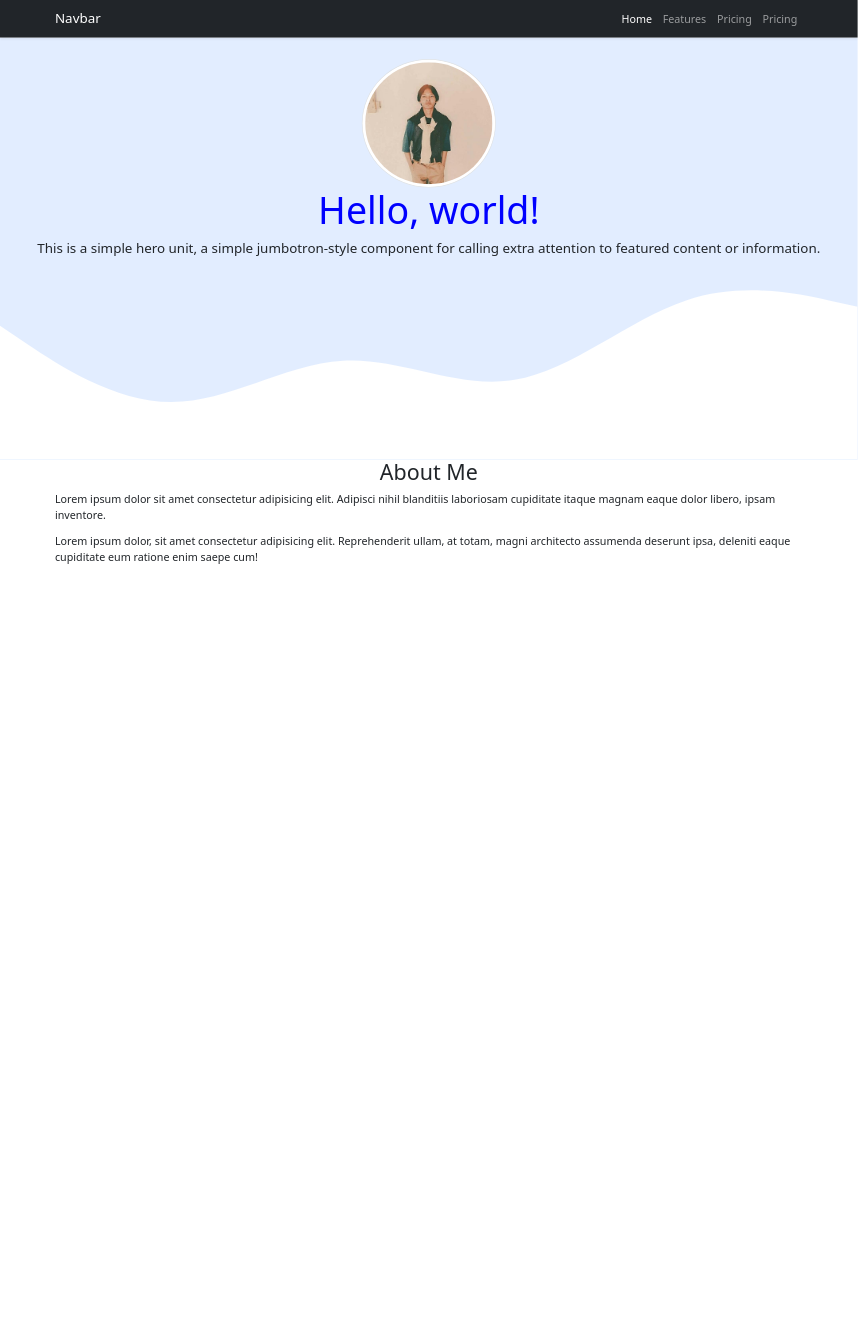
Repository: Novemberdad/gemilangtech.github.io
Page: index.html
These files come from the project's save history. The page is drawn as it stood at one moment and after the next save; the edit follows.
The browser window is 1280 px wide. The pictures show the whole page, at 67% of full size.

Above is the page before, as saved 2021-07-20 23:59:33.

### index.html
<!DOCTYPE html>
<html lang="en">

<head>
    <!-- Required meta tags -->
    <meta charset="utf-8" />
    <meta name="viewport" content="width=device-width, initial-scale=1" />

    <!-- Bootstrap CSS -->
    <link href="https://cdn.jsdelivr.net/npm/bootstrap@5.0.2/dist/css/bootstrap.min.css" rel="stylesheet" integrity="sha384-EVSTQN3/azprG1Anm3QDgpJLIm9Nao0Yz1ztcQTwFspd3yD65VohhpuuCOmLASjC" crossorigin="anonymous" />

    <!--My CSS-->
    <link rel="stylesheet" href="style.css" />
    <title>My Portofoliio</title>
    <style>
        h1 {
            text-align: center;
            color: blue;
        }
    </style>
</head>

<body>
    <!--NAVBAR-->
    <nav class="navbar navbar-expand-lg navbar-dark bg-dark shadow-sm">
        <div class="container">
            <a class="navbar-brand" href="#">Navbar</a>
            <button class="navbar-toggler" type="button" data-bs-toggle="collapse" data-bs-target="#navbarNav" aria-controls="navbarNav" aria-expanded="false" aria-label="Toggle navigation">
          <span class="navbar-toggler-icon"></span>
        </button>
            <div class="collapse navbar-collapse" id="navbarNav">
                <ul class="navbar-nav ms-auto">
                    <li class="nav-item">
                        <a class="nav-link active" aria-current="page" href="#">Home</a>
                    </li>
                    <li class="nav-item">
                        <a class="nav-link" href="#">Features</a>
                    </li>
                    <li class="nav-item">
                        <a class="nav-link" href="#">Pricing</a>
                    </li>
                    <li class="nav-item">
                        <a class="nav-link" href="#">Pricing</a>
                    </li>
                </ul>
            </div>
        </div>
    </nav>
    <!--AKHIR NAVBAR-->

    <!--jumbortron-->
    <section class="jumbotron text-center">
        <img src="image/logo.jpg" alt="logo" width="200" class="rounded-circle img-thumbnail" />
        <h1 class="display-4">Hello, world!</h1>
        <p class="lead">This is a simple hero unit, a simple jumbotron-style component for calling extra attention to featured content or information.</p>
        <svg xmlns="http://www.w3.org/2000/svg" viewBox="0 0 1440 320">
        <path
          fill="#ffffff"
          fill-opacity="1"
          d="M0,96L48,128C96,160,192,224,288,224C384,224,480,160,576,154.7C672,149,768,203,864,186.7C960,171,1056,85,1152,53.3C1248,21,1344,43,1392,53.3L1440,64L1440,320L1392,320C1344,320,1248,320,1152,320C1056,320,960,320,864,320C768,320,672,320,576,320C480,320,384,320,288,320C192,320,96,320,48,320L0,320Z"
        ></path>
      </svg>
    </section>
    <!--akhir jumbotron-->

    <!--about-->
    <section id="about">
        <div class="container">
            <div class="row text-center">
                <div class="col">
                    <h2>About Me</h2>
                </div>
            </div>
            <div class="row">
                <div class="col"></div>
                <p>Lorem ipsum dolor sit amet consectetur adipisicing elit. Adipisci nihil blanditiis laboriosam cupiditate itaque magnam eaque dolor libero, ipsam inventore.</p>
            </div>
            <div class="col"></div>
            <p>Lorem ipsum dolor, sit amet consectetur adipisicing elit. Reprehenderit ullam, at totam, magni architecto assumenda deserunt ipsa, deleniti eaque cupiditate eum ratione enim saepe cum!</p>
        </div>
        </div>
    </section>
    <!--akhir about-->
    <script src="https://cdn.jsdelivr.net/npm/bootstrap@5.0.2/dist/js/bootstrap.bundle.min.js" integrity="sha384-MrcW6ZMFYlzcLA8Nl+NtUVF0sA7MsXsP1UyJoMp4YLEuNSfAP+JcXn/tWtIaxVXM" crossorigin="anonymous"></script>

    <!-- Option 2: Separate Popper and Bootstrap JS -->
    <!--
    <script src="https://cdn.jsdelivr.net/npm/@popperjs/core@2.9.2/dist/umd/popper.min.js" integrity="sha384-IQsoLXl5PILFhosVNubq5LC7Qb9DXgDA9i+tQ8Zj3iwWAwPtgFTxbJ8NT4GN1R8p" crossorigin="anonymous"></script>
    <script src="https://cdn.jsdelivr.net/npm/bootstrap@5.0.2/dist/js/bootstrap.min.js" integrity="sha384-cVKIPhGWiC2Al4u+LWgxfKTRIcfu0JTxR+EQDz/bgldoEyl4H0zUF0QKbrJ0EcQF" crossorigin="anonymous"></script>
    -->
</body>

</html>

### style.css
body {
    min-height: 2000px;
}

.jumbotron {
    padding-top: 2rem;
    background-color: #e2edff;
}

After the next save:
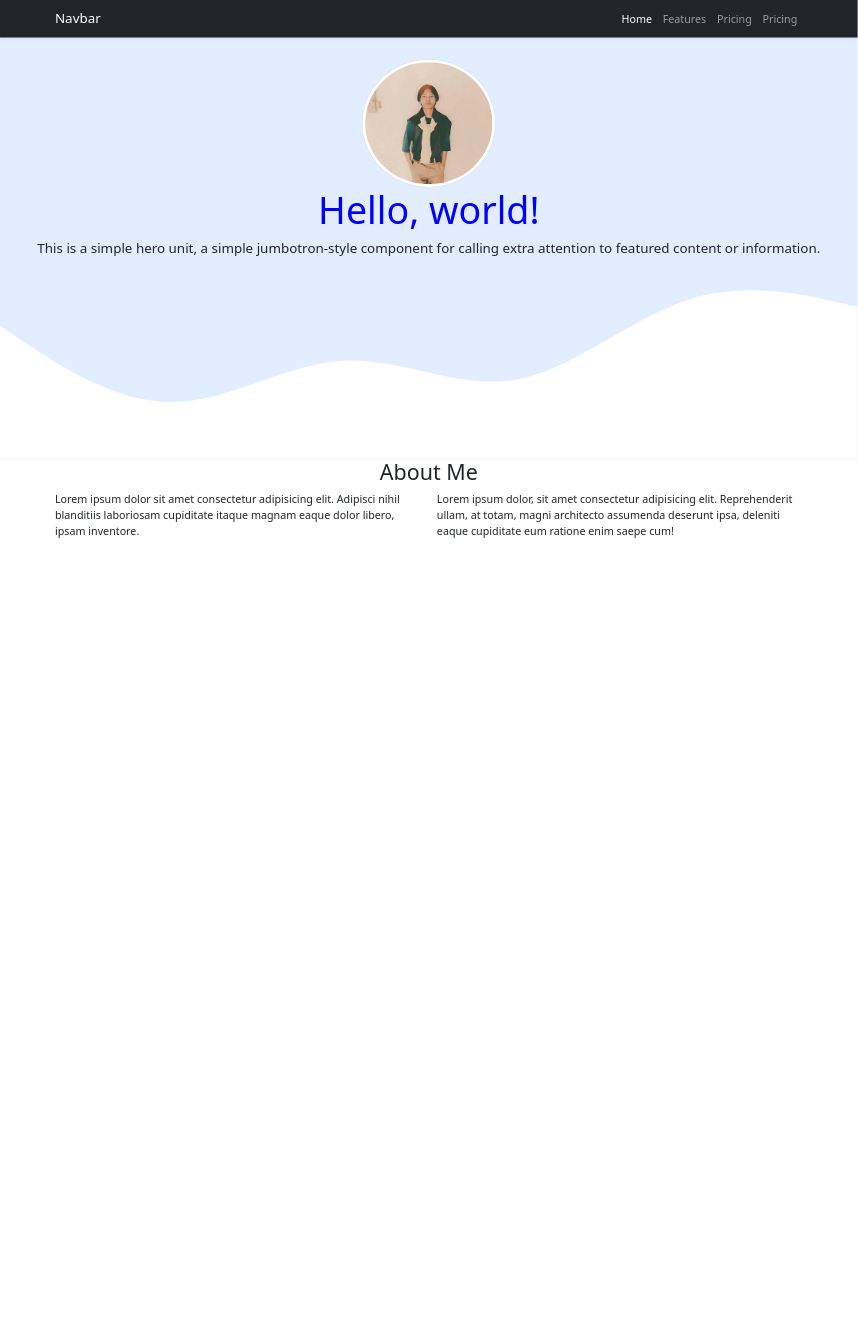
Saved 31 s later.
--- a/index.html
+++ b/index.html
@@ -72,13 +72,13 @@
                 </div>
             </div>
             <div class="row">
-                <div class="col"></div>
-                <p>Lorem ipsum dolor sit amet consectetur adipisicing elit. Adipisci nihil blanditiis laboriosam cupiditate itaque magnam eaque dolor libero, ipsam inventore.</p>
+                <div class="col">
+                    <p>Lorem ipsum dolor sit amet consectetur adipisicing elit. Adipisci nihil blanditiis laboriosam cupiditate itaque magnam eaque dolor libero, ipsam inventore.</p>
+                </div>
+                <div class="col">
+                    <p>Lorem ipsum dolor, sit amet consectetur adipisicing elit. Reprehenderit ullam, at totam, magni architecto assumenda deserunt ipsa, deleniti eaque cupiditate eum ratione enim saepe cum!</p>
+                </div>
             </div>
-            <div class="col"></div>
-            <p>Lorem ipsum dolor, sit amet consectetur adipisicing elit. Reprehenderit ullam, at totam, magni architecto assumenda deserunt ipsa, deleniti eaque cupiditate eum ratione enim saepe cum!</p>
-        </div>
-        </div>
     </section>
     <!--akhir about-->
     <script src="https://cdn.jsdelivr.net/npm/bootstrap@5.0.2/dist/js/bootstrap.bundle.min.js" integrity="sha384-MrcW6ZMFYlzcLA8Nl+NtUVF0sA7MsXsP1UyJoMp4YLEuNSfAP+JcXn/tWtIaxVXM" crossorigin="anonymous"></script>
